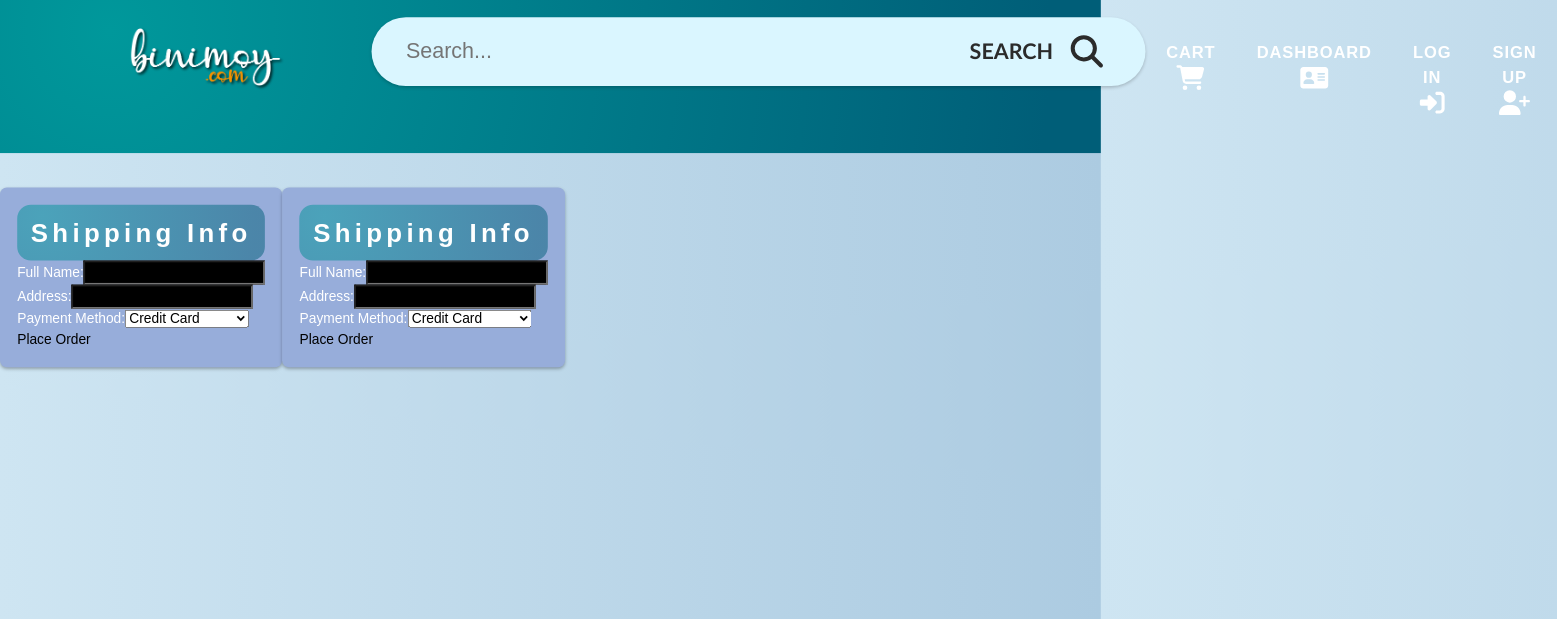
Repository: Shadman2024/2_1_DatabaseProject
Page: /checkout (app in frontend/)
The author's editor kept a copy of each file at every save. The page is drawn from the files as they stood at one save, then again after the next save.
The browser window is 1280 px wide. The page is 1811 px wide, so the pictures cover 1811 px, including what lies to the right of the window. The pictures show the whole page, at 86% of full size.
Some web libraries are served in a nearby version. The project was rebuilt for these pictures with package versions that can differ from the ones it lists, and the page was loaded fresh each time. Also part of the build but not shown: frontend/src/App.css, frontend/src/signUp/signup.js, frontend/src/logIn/login.js, frontend/src/Home/home.module.css, frontend/src/Home/hero.js, frontend/src/Home/hero2.js, frontend/src/Home/hero3.js, frontend/src/Home/smallcategory.module.css and 31 more.

Above is the page before, as saved 2024-03-08 13:48:08.

After the next save:
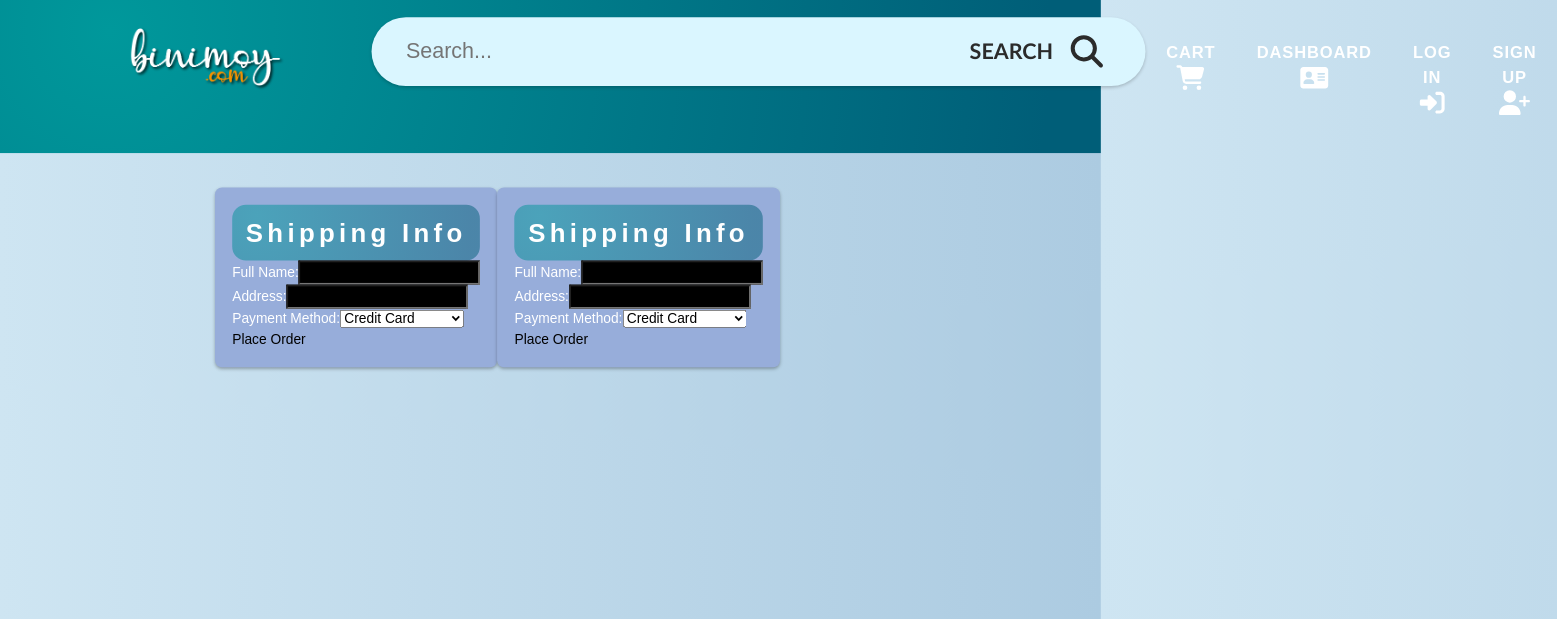
Saved 10 s later.
--- a/frontend/src/checkout/checkout.module.css
+++ b/frontend/src/checkout/checkout.module.css
@@ -1,13 +1,13 @@
 .container{
     display: flex;
+    margin-left: 250px;
+    margin-right: 250px;
 }
 .shipping{
     padding: 20px;
     /* background: #f5f5f5; */
     border-radius: 8px;
     /* box-shadow: 0 2px 4px rgba(0,0,0,0.1); */
-    /* margin-left: 250px; */
-    /* margin-right: 250px; */
     /* margin-left: 250px; */
     margin-top: 40px;
     /* margin-right: 250px; */
